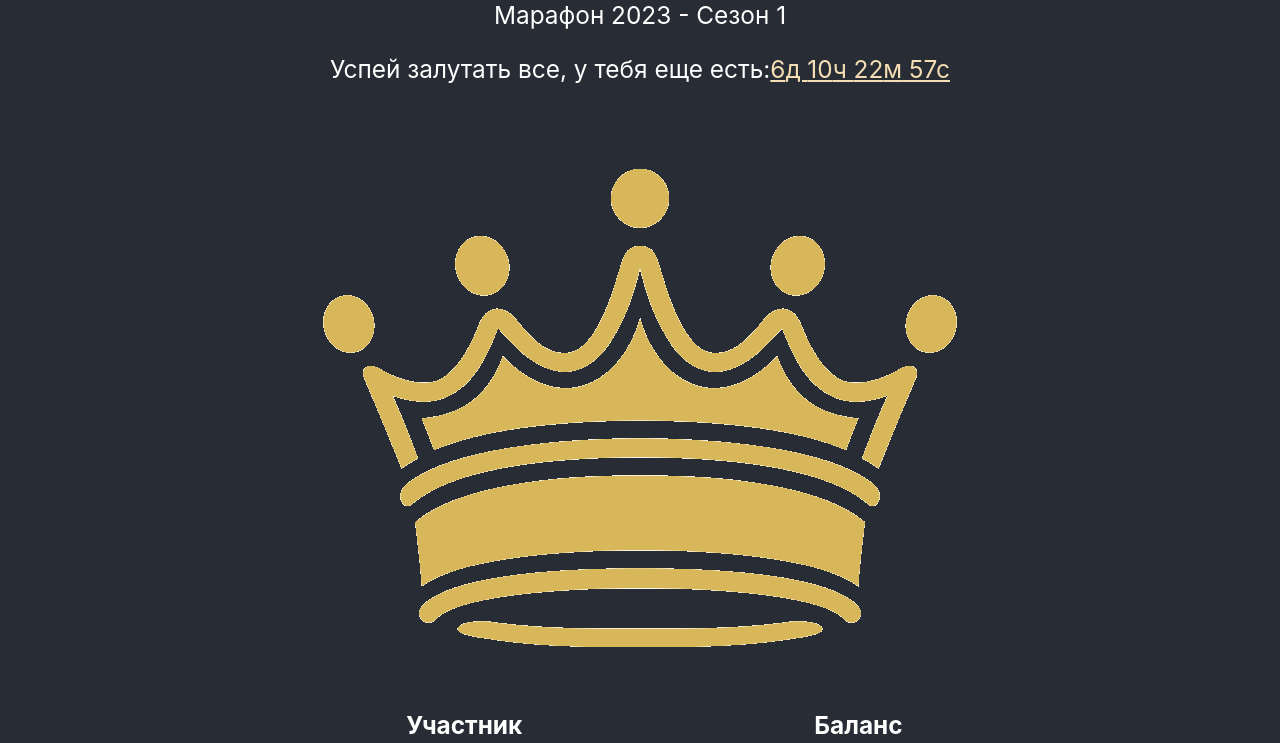
Repository: bandikost/capers
Page: /main
The author's editor kept a copy of each file at every save. The page is drawn from the files as they stood at one save, then again after a run of saves.
The browser window is 1280 px wide. The pictures show the whole page.
The page's requests for data from a server got no answer. The project was rebuilt for these pictures with package versions that can differ from the ones it lists, and the page was loaded fresh each time. No one was signed in, and anything a server would have sent is missing.

Above is the page before, as saved 2023-04-10 17:04:09.

After the next 2 saves:
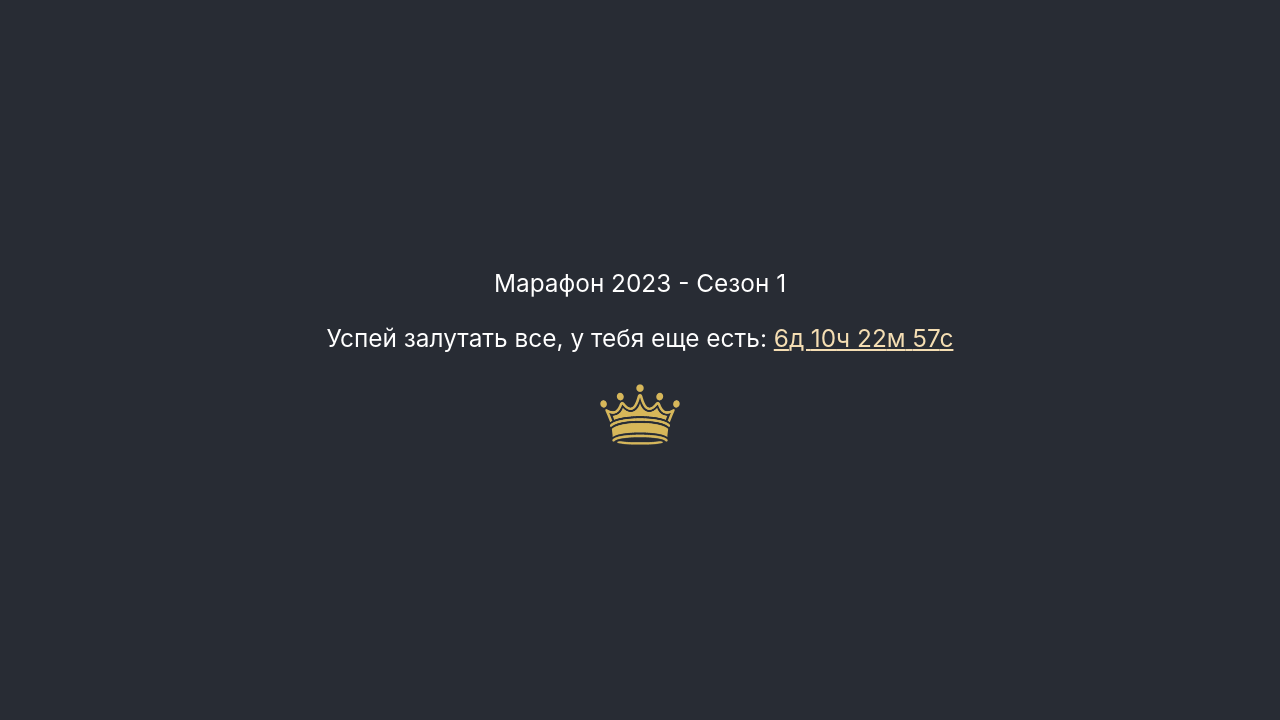
The 2 saves are shown as one change because they came seconds apart.
The last was saved 12 s later.
--- a/src/components/Main.jsx
+++ b/src/components/Main.jsx
@@ -2,13 +2,13 @@ import React, { useState, useEffect } from "react";
 import firebase from "../firebase";
 import crown from "./images/pngegg.png"
 
-const Main = () => {
+export const Main = () => {
   const [name, setName] = useState({});
   const [balance, setbalance] = useState({});
   const [editingUser, setEditingUser] = useState(null);
   const [targetDate, setTargetDate] = useState(new Date("2023-04-16T21:00:00.000Z"));
   const [timeRemaining, setTimeRemaining] = useState({});
-  const [prevBalance, setPrevBalance] = useState({});
+  const [previousValue, setPreviousValue] = useState(null);
 
   useEffect(() => {
     const balanceRef = firebase.database().ref("balance");
@@ -52,21 +52,14 @@ const Main = () => {
     return timeRemaining;
   }
 
-  const handleEditClick = (user) => {
+  const handleEditClick = (user, value) => {
+    setPreviousValue(value);
     setEditingUser(user);
-    setPrevBalance(balance[user]); // store previous balance value
   };
 
-  const handleSaveClick = (user, newBalance) => {
+  const handleSaveClick = () => {
     setEditingUser(null);
-    const diff = newBalance - prevBalance;
-    setPrevBalance({}); // reset previous balance value
-    firebase.database().ref(`balance/${user}`).set(newBalance);
-    if (diff > 0) {
-      alert(`+${diff} рублей`);
-    } else if (diff < 0) {
-      alert(`${diff} рублей`);
-    }
+    setPreviousValue(null);
   };
 
   const sortedBalances = Object.entries(balance).sort((a, b) => b[1] - a[1]);
@@ -75,45 +68,53 @@ const Main = () => {
     <div className="container">
       Марафон 2023 - Сезон 1
       <p>
-        Успей залутать все, у тебя еще есть:
-        <span style={{ color: "wheat", textDecoration: "underline" }}>
-          {timeRemaining.days}д {timeRemaining.hours}ч {timeRemaining.minutes}м{" "}
-          {timeRemaining.seconds}с
+       Успей залутать все, у тебя еще есть: <span style={{color: "wheat", textDecoration: "underline"}}>
+       {timeRemaining.days}д {timeRemaining.hours}ч {timeRemaining.minutes}м{" "}
+        {timeRemaining.seconds}с
         </span>
       </p>
-      <img src={crown} alt="Crown" />
-      <table>
-        <thead>
-          <tr>
-            <th>Участник</th>
-            <th>Баланс</th>
-            <th></th>
-          </tr>
-        </thead>
-        <tbody>
-          {sortedBalances.map(([user, balance]) => (
-            <tr key={user}>
-              <td>{name[user]}</td>
-              <td>
-                {editingUser === user ? (
-                  <input
-                    type="number"
-                    value={balance}
-                    onChange={(e) => setbalance({ ...balance, [user]: e.target.value })}
-                    onBlur={() => handleSaveClick(user, balance)}
-                  />
-                ) : (
-                  <span onDoubleClick={() => handleEditClick(user)}>{balance}</span>
-                )}
-              </td>
-              <td>{diff[user] ? diff[user] : ""}</td>
-            </tr>
-          ))}
-        </tbody>
-      </table>
+      <img src={crown}  style={{display: "flex", width:"100px", margin: "0 auto 0", padding: "0"}} />
+    <div className="table">
+      {sortedBalances.map((entry, index) => (
+        <div className="cell" key={entry[0]} data-number={index + 1}>
+          <p >{name[entry[0]]}</p>
+          <hr />
+          {editingUser === entry[0] ? (
+            <div>
+
+
+
+             <input style={{width: "150px"}}
+              type="text"
+              value={balance[entry[0]]}
+              onChange={(e) => {
+              const oldValue = balance[entry[0]];
+              const newValue = e.target.value;
+              firebase.database().ref(`balance/${entry[0]}`).set(newValue);
+              setbalance({...balance, [entry[0]]: newValue});
+              const diff = newValue - oldValue;
+              const sign = diff >= 0 ? "+" : "-";
+              const absDiff = Math.abs(diff);
+              const message = `${sign}${absDiff}`;
+              const balanceChange = document.getElementById(`balanceChange-${entry[0]}`);
+              balanceChange.innerText = message;
+              balanceChange.style.display = "inline-block";
+              }}
+              />
+           <span id={`balanceChange-${entry[0]}`} style={{marginLeft: "5px", display: "none"}}></span>
+            <button onClick={handleSaveClick}>сохранить</button>
+            </div>
+            ) : (
+            <div>
+            <p>{entry[1]}<span style={{marginLeft: "5px"}}>₽</span><span id={`balanceChange-${entry[0]}`} style={{marginLeft: "5px", display: "none"}}></span></p>
+            <button onClick={() => handleEditClick(entry[0])} className="button" style={{cursor: "pointer"}}>ред.</button>
+            </div>
+          )}
+        </div>
+      ))}
+    </div>
     </div>
   );
-
 };
 
 export default Main;
